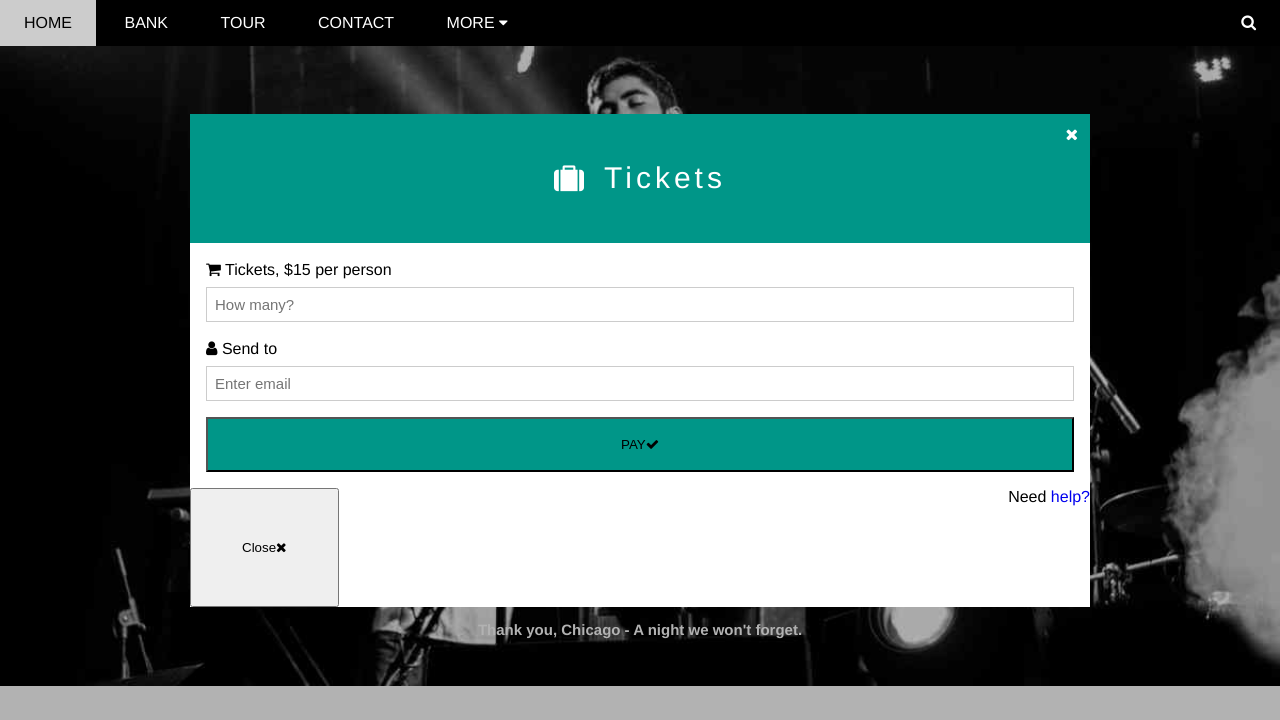
Repository: vuongtm1999/TheBand_W3School
Page: index.html
These files come from the project's save history. The page is drawn as it stood at one moment and after the next save; the edit follows.
The browser window is 1280 px wide. The pictures show the window.
A layer covers the whole window, so only the first screen is drawn.

Above is the page before, as saved 2022-08-27 16:07:17.

### index.html
<!DOCTYPE html>
<html lang="en">
<head>
    <meta charset="UTF-8">
    <meta http-equiv="X-UA-Compatible" content="IE=edge">
    <meta name="viewport" content="width=device-width, initial-scale=1.0">
    <title>Document</title>
    <link rel="stylesheet" href="./assets/css/style.css">
    <link rel="stylesheet" href="https://cdnjs.cloudflare.com/ajax/libs/font-awesome/4.7.0/css/font-awesome.min.css">

</head>
<body>
        <div id="header">
            <!-- begin: nav -->
            <ul id="nav">
                <li><a href="#">Home</a></li>
                <li><a href="#">Bank</a></li>
                <li><a href="#">Tour</a></li>
                <li><a href="#">Contact</a></li>
                <li>
                    <a href="#">More <i style="font-size: 15px;" class="fa fa-caret-down"></i></a>
                    <ul class="subnav">
                        <li><a href="#">Merchandise</a></li>
                        <li><a href="#">Extras</a></li>
                        <li><a href="#">Media</a></li>
                    </ul>
                </li>
            </ul>
            <!-- end: nav -->

            <!-- begin: search button -->
            <div class="search-button">
                <i class="fa fa-search"></i>
            </div>
            <!-- end: search button -->
        </div>

        <div id="slider">
            <div class="text-content">
                <div class="container">
                    <h3 class=text-heading>
                        Chicago
                    </h3>
                    <div class="text-description">
                        Thank you, Chicago - A night we won't forget.
                    </div>
                </div>
            </div>
        </div>

        <div id="content">
            <!-- about section -->
            <div class="content-section">
                <h2 class="section-heading">THE BAND</h2>
                <p class="section-sub-heading">We love music</p>
                <p class="section-about-text">We have created a fictional band website. Lorem ipsum dolor sit amet, consectetur adipiscing elit, sed do eiusmod tempor incididunt ut labore et dolore magna aliqua. Ut enim ad minim veniam, quis nostrud exercitation ullamco laboris nisi ut aliquip ex ea commodo consequat. Duis aute irure dolor in reprehenderit in voluptate velit esse cillum dolore eu fugiat nulla pariatur. Excepteur sint occaecat cupidatat non proident, sunt in culpa qui officia deserunt mollit anim id est laborum consectetur adipiscing elit, sed do eiusmod tempor incididunt ut labore et dolore magna aliqua. Ut enim ad minim veniam, quis nostrud exercitation ullamco laboris nisi ut aliquip ex ea commodo consequat.</p>

                <div class="member-list">

                    <div class="member-item">
                        <p class="member-name">Name</p>
                        <img class="member-image" src="assets/img/bandmember.jpg" alt="member">
                    </div>

                    <div class="member-item">
                        <p class="member-name">Name</p>
                        <img class="member-image" src="assets/img/bandmember.jpg" alt="member">
                    </div>

                    <div class="member-item">
                        <p class="member-name">Name</p>
                        <img class="member-image" src="assets/img/bandmember.jpg" alt="member">
                    </div>

                    <div class="clearFloat"></div>
                </div>
            </div>

            <!-- TOUR DATES section -->
            <div class="tour-section">
                <div class="content-section">
                    <h2 class="section-heading">THE BAND</h2>
                    <p class="section-sub-heading">We love music</p>

                    <ul class="ticket-list">
                        <li>September <span class="soldout">Sold out</span></li>
                        <li>October <span class="soldout">Sold out</span></li>
                        <li>November <span class="quantity">3</span></li>
                    </ul>

                    <div class="place-ticket">

                        <div class="place-item">
                            <img src="assets/img/place/newyork.jpg" alt="img-ticket" class="place-img">
                            <div class="place-body">
                                <h3 class="place-city">New York</h3>
                                <p class="place-time">Fri 27 Nov 2016</p>
                                <p class="place-description">Praesent tincidunt sed tellus ut rutrum sed vitae justo.</p>
                                <a href="#" class="place-buy-tickets">Buy tickets</a>
                            </div>
                        </div>

                        <div class="place-item">
                            <img src="assets/img/place/newyork.jpg" alt="img-ticket" class="place-img">
                            <div class="place-body">
                                <h3 class="place-city">New York</h3>
                                <p class="place-time">Fri 27 Nov 2016</p>
                                <p class="place-description">Praesent tincidunt sed tellus ut rutrum sed vitae justo.</p>
                                <a href="#" class="place-buy-tickets">Buy tickets</a>
                            </div>
                        </div>

                        <div class="place-item">
                            <img src="assets/img/place/newyork.jpg" alt="img-ticket" class="place-img">
                            <div class="place-body">
                                <h3 class="place-city">New York</h3>
                                <p class="place-time">Fri 27 Nov 2016</p>
                                <p class="place-description">Praesent tincidunt sed tellus ut rutrum sed vitae justo.</p>
                                <a href="#" class="place-buy-tickets">Buy tickets</a>
                            </div>
                        </div>

                        <div class="clearFloat"></div>
                    </div>
                </div>
            </div>



            <!-- CONTACT section -->
            <div class="content-section">
                <h2 class="section-heading">THE BAND</h2>
                <p class="section-sub-heading">We love music</p>
            </div>

        </div>

        <!-- Modal dialog -->
        <div id="modal">
            <div class="modal-container">
                <i class="fa fa-times close-icon" aria-hidden="true"></i>
                <header class="modal-header">
                    <i class="fa fa-suitcase mr-5"></i>
                     Tickets
                </header>
                <div class="modal-body">
                    <label for="quantity-sticket" class="modal-label">
                        <i class="fa fa-shopping-cart" aria-hidden="true"></i>
                        Tickets, $15 per person
                    </label>
                    <input type="text" id="quantity-sticket" class="quantity-sticketet" placeholder="How many?">

                    <label for="send-to-sticket" class="modal-label">
                        <i class="fa fa-user" aria-hidden="true"></i>
                        Send to
                    </label>
                    <input type="text" id="send-to-sticket" class="send-to-sticket" placeholder="Enter email" class=placeholder="Enter email">

                    <button id="btn-pay" class="btn-pay">PAY<i class="fa fa-check" aria-hidden="true"></i></button>
                </div>

                <!-- <div class="modal-footer"> -->
                    <button class="btn-close">Close<i class="fa fa-times" aria-hidden="true"></i></button>

                    <div class="modal-text-help">Need <a href="#" id="btn-help">help?</a></div>
                <!-- </div> -->
            </div>
        </div>

        <div id="footer">

        </div>
    </div>
</body>
</html>

### assets/css/style.css
/* reset CSS */
* {
    margin: 0;
    padding: 0;
    box-sizing: border-box;
}

html {
    font-family: Helvetica, Arial, sans-serif;
}

#nav, .subnav, li{
    list-style-type: none;
}

#nav{
    display: inline-block;
}

/*
Nguyen tac lam viec
1. Vi tri
2. Kich thuoc
3. Mau sac
4. Kieu dang (kieu chu, hinh tron hay hinh vuong,...)
*/

/*
Tu ngoai vao trong
Tu tren xuong duoi
TU tong quan den chi tiet
 */

#main {}

#header {
    position: fixed;
    z-index: 1;
    height: 46px;
    background-color: #000;
    color: #fff;
    top: 0;
    left: 0;
    right: 0;
}

#nav li {
    text-decoration: none;
    line-height: 46px;
}

a{
    text-decoration: none;
}

#nav > li > a {
    /* display: inline-block; */
    padding: 0px 24px;
    color: #ffffff;
    text-transform: uppercase;
}

#nav > li {
    display: inline-block;
}

#nav li:last-child {
    position: relative;
}

#nav .subnav {
    background-color: #fff;
    position: absolute;
    display: none;
    top: 100%;
    left: 0;
    box-shadow:  0px 0px 10px rgba(0, 0, 0, 0.3);
    min-width: 160px;
}

#nav .subnav a{
    color: #000;
    padding: 0px 12px;
    line-height: 30px;
    display: inline-block;
    width: 100%;
}

#nav .subnav li:hover,
#nav > li:hover > a {
    color: #000;
    background-color: #ccc;
    display: block;
}

#nav > li:last-child:hover .subnav{
    display: block;
}

/* search btn */
#header .search-button{
    float: right;
    line-height: 46px;
    padding: 0 24px;
}

#header .search-button:hover{
    background-color: #f44336;
    cursor: pointer;
}

#slider {
    /* background-color: rgb(27, 22, 22); */
    margin-top: 46px;
/* padding-top bang 50% chieu rong cua thanh phan do */
    padding-top: 50%;
    position: relative;
    background: url("/assets/img/chicago.jpg") top center / cover no-repeat;
}

#slider .text-content{
    position: absolute;
    color: white;
    bottom: 48px;

    /* cach 1 */
    /* left: 50%;
    transform: translateX(-50%); */
    /* cach 2 */
    /* left: 0;
    right: 0; */
    /* cach 3 */
    width: 100%;
    text-align: center;
}

.text-heading{
    font-size: 24px;
    font-weight: 400;
}

.text-description{
    margin-top: 25px;
    font-weight: bolder;
    font-size: 15px;
}

#content .content-section{
    width: 800px;
    padding: 64px 0;
    margin-left: auto;
    margin-right: auto;
}

.content-section .section-heading,
.content-section .section-about-text{
    margin: 15px 0px;
}

.content-section .section-heading,
.content-section .section-sub-heading{
    text-align: center;
}

.content-section .section-sub-heading{
    font-size: 15px;
    opacity: 0.7;
    font-style: italic;
}

.content-section .section-heading{
    font-size: 30px;
    font-weight: 500;
    letter-spacing: 4px;
}

.content-section .section-about-text{
    /* line-height khong co px */
    line-height: 1.5;
    font-size: 15px;
    text-align: justify;
}

.content-section .member-item{
    float: left;
    width: calc(100%/3);

    /* width: 33.333%; */
}

.content-section .member-list{
    margin: 32px 0;
    text-align: center;

    /* Khac phuc khi dung float :left */
    /* overflow: hidden; */
}

.content-section .member-name{
    /* text-align: center; */
}

.content-section .member-name{
    margin: 15px 0;
}

.content-section .member-image{
    width: 154px;
    border-radius: 4px;
}

.content-section .clearFloat{
    /* Khac phuc khi dung float :left */
    clear: both;
}

/* Tour section */
.tour-section{
    background-color: #000;
}

/*  begin: tour section */
.section-heading,
.section-sub-heading{
    color: white;
}

.ticket-list{
    background-color: white;
}

.ticket-list > li{
    font-size: 15px;
    padding: 12px;
    border-bottom: 1px solid #ddd;
    color: #757575;
}

.soldout{
    background-color: #f44336;
    padding: 6px;
    margin-left: 16px;
    color: #fff;
}

.quantity{
    float: right;
    margin-right: 16px;
    background-color: #000;
    width: 24px;
    height: 24px;
    border-radius: 50%;
    color: white;
    text-align: center;
    line-height: 24px;
    margin-top: -3px;
}

/* place-ticket */
.place-ticket{
    /* margin-top: 32px; */
    padding-top: 32px;
    margin-left: -8px;
    margin-right: -8px;
}

.place-item{
    float: left;
    width: 33.3333%;
    padding: 0 8px;
}

.place-img{
    width: 100%;
    display: block;
}

.place-img:hover{
    opacity: 0.7;
}

.place-body{
    background-color: white;
    color: rgb(1, 1, 1);
    padding: 16px;
}

.place-city{
    font-weight: 550;
}

.place-time{
    opacity: 0.8;
    margin: 15px 0;
}

.place-description{
    margin: 15px 0;
    line-height: 1.5;
}

.place-buy-tickets{
    background-color: #000;
    padding: 8px 16px;
    color: white;
    display: inline-block;
}

.place-buy-tickets:hover{
    background-color: #ccc;
    color: #000;
}

/* modal dialog */
#modal{
    position: fixed;
    background-color: rgba(0, 0, 0, 0.3);
    top: 0;
    left: 0;
    right: 0;
    bottom: 0;

    display: flex;
    align-items: center;
    justify-content: center;
}

.modal-container{
    background-color: #fff;
    width: 900px;
    min-height: 473px;
    position: relative;
}

.modal-header {
    height: 129px;
    background-color: #009688;
    display: flex;
    align-items: center;
    justify-content: center;
    letter-spacing: 4px;
    font-weight: 400;
    font-size: 30px;
    color: #fff;
}

.mr-5{
    margin-right: 16px;
}
.close-icon{
    position: absolute;
    top: 0;
    right: 0;
    padding: 12px;
    color: #fff;
}

.close-icon:hover{
    background-color: #ccc;
    color: #000
}

.modal-body {
    padding: 0 16px;
}

.modal-label{
    display: block;
    margin: 18px 0 8px 0;
}

.quantity-sticketet,
.send-to-sticket{
    border: 1px solid #ccc;
    padding: 8px;
    font-size: 15px;
    width: 100%;
}

.btn-pay{
    margin: 16px 0;
    width: 100%;
    background-color: #009688;
    padding: 18px;
}

.modal-footer{
    padding: 0 18px;
}

.modal-text-help{
    float: right;
}

.btn-close{
    padding: 50px;
}



#container {
    /* height: 500px;
    background-color: #ccc; */
}

#content {}

#footer {}

After the next save:
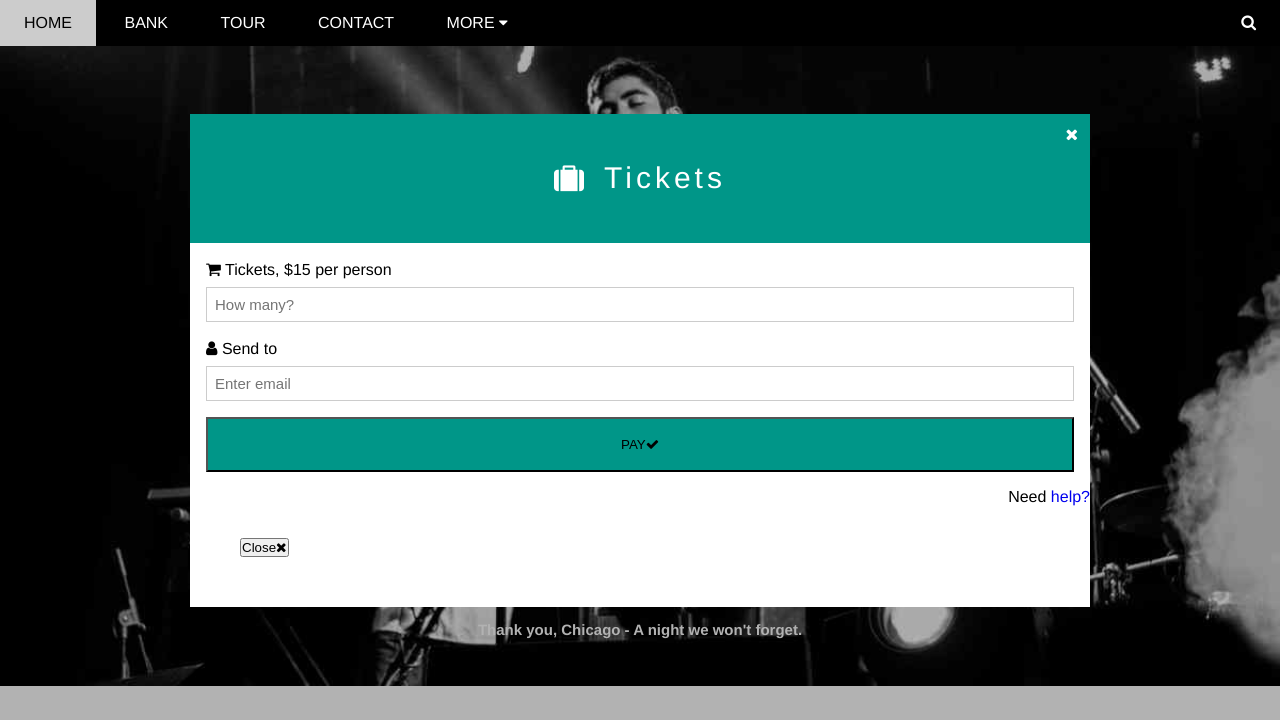
Saved 13 s later.
--- a/assets/css/style.css
+++ b/assets/css/style.css
@@ -393,7 +393,7 @@ a{
 }
 
 .btn-close{
-    padding: 50px;
+    margin: 50px;
 }
 
 
